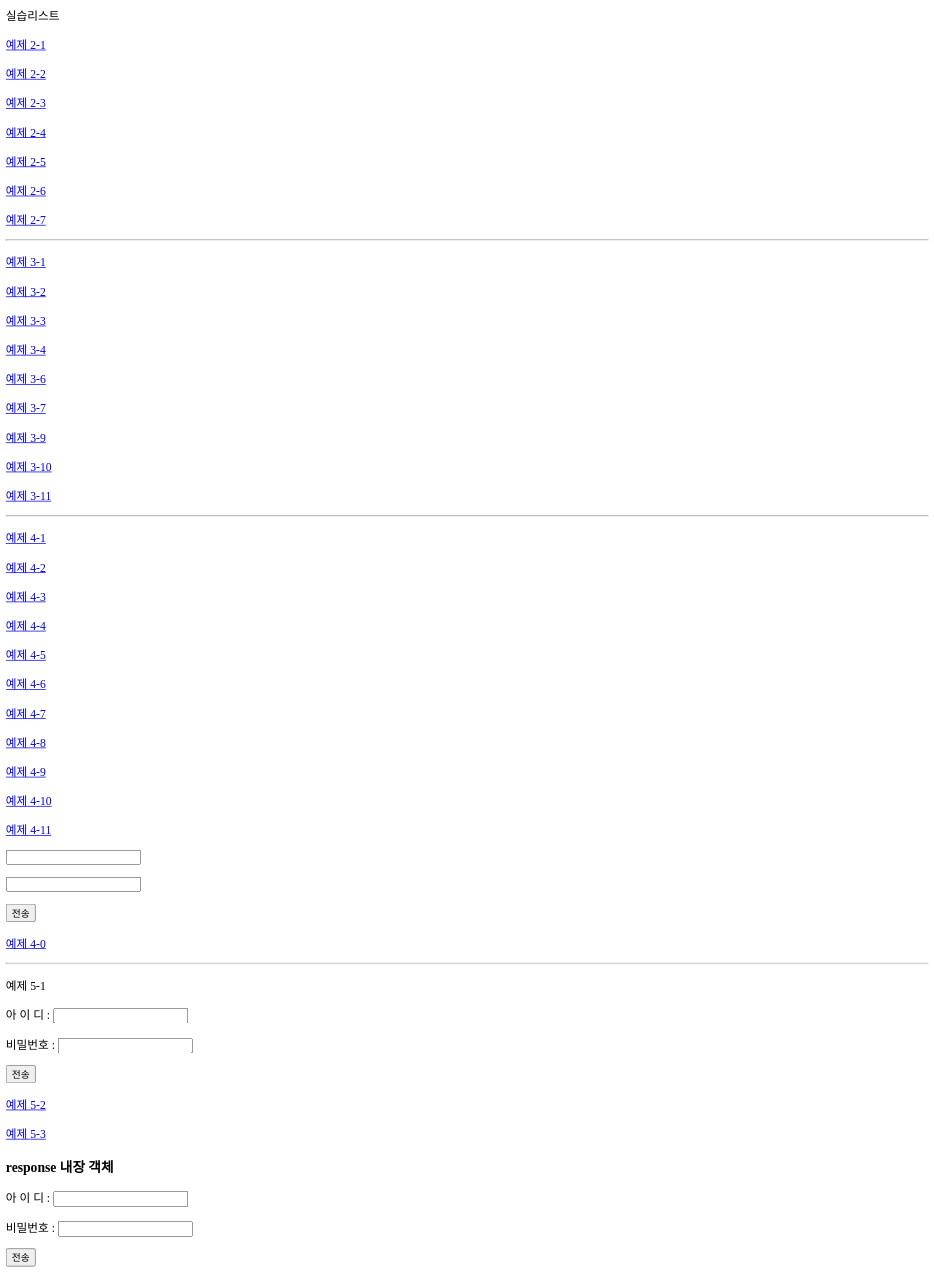
Repository: sanghyunlee7680/JSP-practice
Page: http://localhost/jspbook/
The author's editor kept a copy of each file at every save. The page is drawn from the files as they stood at one save, then again after the next save.
The browser window is 1280 px wide. The pictures show the whole page, at 73% of full size.
The page is served by Tomcat 10. Nobody is signed in. The application's start-up code is not run.

Above is the page before, as saved 2024-10-14 00:58:43.

After the next save:
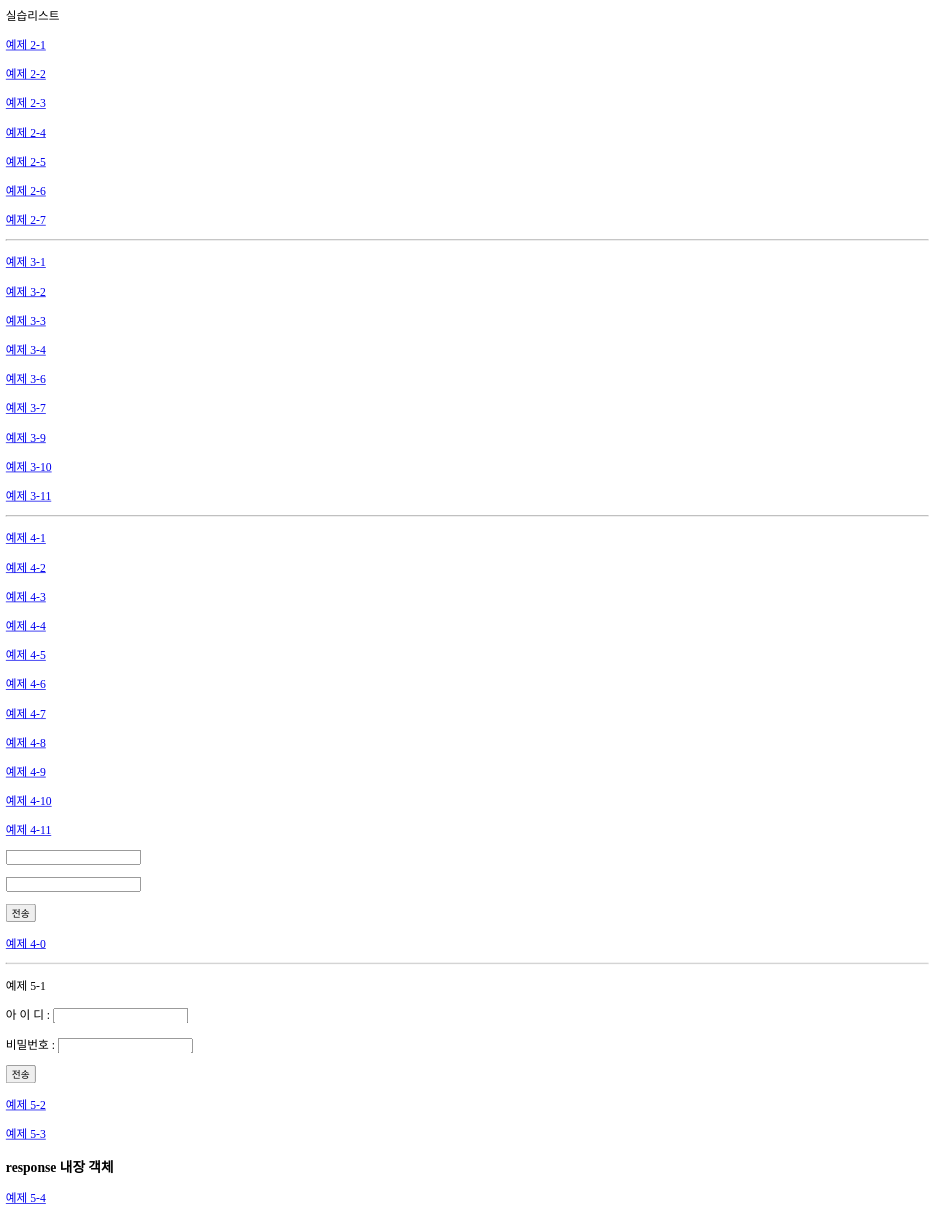
Saved 24 min 40 s later.
--- a/jspbook/src/main/webapp/index.jsp
+++ b/jspbook/src/main/webapp/index.jsp
@@ -119,11 +119,9 @@
 		<a href="5_3">예제 5-3</a>
 	</p>
 	<h3>response 내장 객체</h3>
-	<form action="5_4" method=post>
-		<p>아 이 디 : <input type="text" name="id">
-		<p>비밀번호 : <input type="text" name="passwd">
-		<p><input type="submit" value="전송">
-	</form>
+	<p>
+		<a href="5_4">예제 5-4</a>
+	</p>
 
 </body>
 </html>
